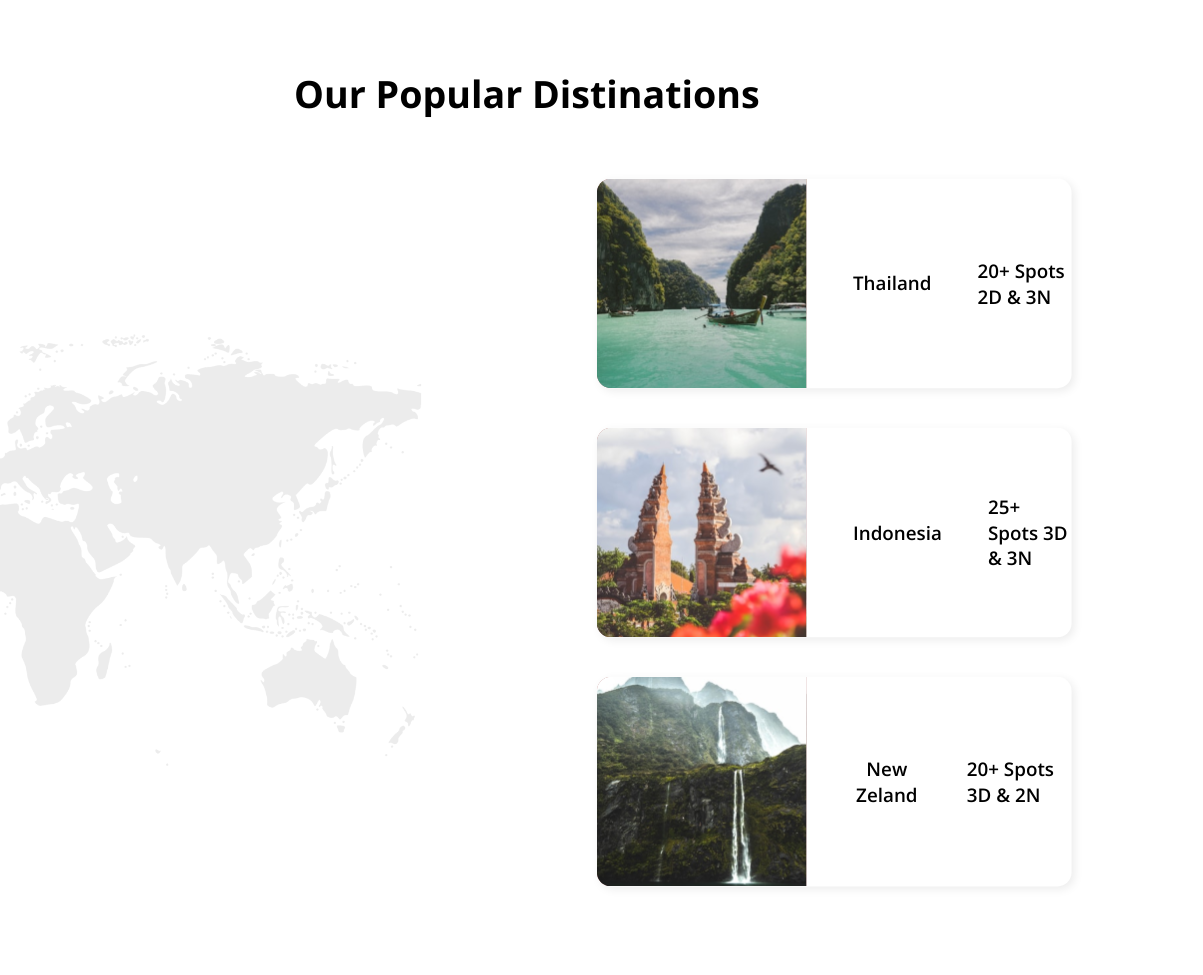
Repository: MehdiKerimov/Figma-Task-16
Page: index.html
An editor plug-in stored every save of this project. The page is shown before and after the next save, followed by the edit.
The browser window is 1280 px wide. The pictures show the whole page, at 94% of full size.

Above is the page before, as saved 2023-10-10 11:10:00.

### index.html
<!DOCTYPE html>
<html lang="en">
  <head>
    <meta charset="UTF-8" />
    <meta name="viewport" content="width=device-width, initial-scale=1.0" />
    <title>Document</title>
    <link rel="stylesheet" href="index.css" />
  </head>
  <body>
    <div class="container">
      <h1>Our Popular Distinations</h1>
      <div class="box">
        <div class="img-box">
          <img src="/image/world_map_PNG28 2.png" alt="" />
        </div>
        <ul>
          <li>
            <div>
              <img src="image/Rectangle 15.svg" alt="" />
              <h2>Thailand</h2>
              <p>20+ Spots <br> 2D & 3N</p>
            </div>
          </li>
          <li>
            <div>
              <img src="/image/Rectangle 16.svg" alt="" />
              <h2>Indonesia</h2>
              <p>25+ Spots 3D & 3N</p>
            </div>
          </li>
          <li>
            <div>
              <img src="image/Rectangle 17.svg" alt="" />
              <h2>New Zeland</h2>
              <p>20+ Spots 3D & 2N</p>
            </div>
          </li>
        </ul>
      </div>
    </div>
  </body>
</html>

### index.css
@import url("https://fonts.googleapis.com/css2?family=Open+Sans:wght@600;700&display=swap");
* {
  padding: 0;
  margin: 0;
  box-sizing: border-box;
}
.container {
  min-height: 100vh;
  padding: 72px 159px 52px 0px;
}
.container h1 {
  margin-bottom: 63px;
  color: #000;
  text-align: center;
  font-family: Open Sans;
  font-size: 40px;
  font-style: normal;
  font-weight: 700;
  line-height: normal;
}
.container .box {
  display: flex;
  align-items: center;

}
.img-box{
    width: 40%;
}
.container .box .img-box img{
width: 100%;
}
ul{
    width: 45%;
}
.container .box ul li {
  margin-bottom: 42px;
  margin-left: 187px;
  width: 100%;
  /* width: 659px; */
  height: 223px;
  list-style-type: none;
  border-radius: 15px;
  background: #fff;
  box-shadow: 3px 3px 10px 0px rgba(0, 0, 0, 0.08);
}
.container .box ul li img {
  width: 223px;
  height: 223px;
}
.container .box ul li div {
  display: flex;

  align-items: center;
}
.container .box ul li div h2 {
  margin-left: 49px;
  margin-right: 49px;
  color: #000;
  text-align: center;
  font-family: Open Sans;
  font-size: 20px;
  font-style: normal;
  font-weight: 600;
  line-height: normal;
}
.container .box ul li div p {
  color: #000;
  font-family: Open Sans;
  font-size: 20px;
  font-style: normal;
  font-weight: 600;
  line-height: normal;
}

After the next save:
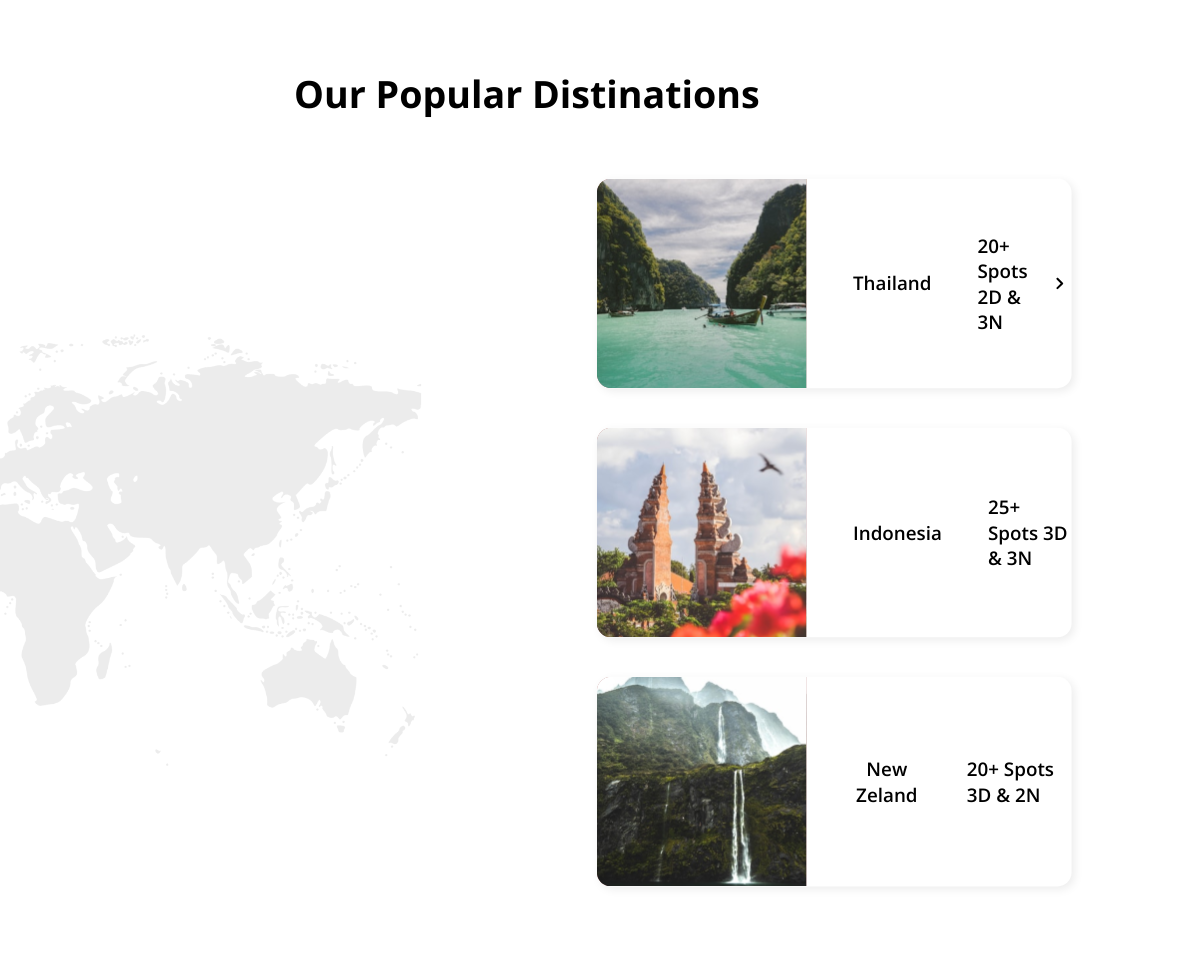
Saved 15 s later.
--- a/index.html
+++ b/index.html
@@ -19,6 +19,9 @@
               <img src="image/Rectangle 15.svg" alt="" />
               <h2>Thailand</h2>
               <p>20+ Spots <br> 2D & 3N</p>
+              <svg xmlns="http://www.w3.org/2000/svg" width="33" height="33" viewBox="0 0 33 33" fill="none">
+                <path d="M12.8013 9.22619C12.6738 9.3534 12.5727 9.50449 12.5037 9.67083C12.4347 9.83717 12.3992 10.0155 12.3992 10.1956C12.3992 10.3756 12.4347 10.554 12.5037 10.7203C12.5727 10.8866 12.6738 11.0377 12.8013 11.1649L18.1363 16.4999L12.8013 21.8349C12.5442 22.092 12.3998 22.4407 12.3998 22.8043C12.3998 23.1679 12.5442 23.5166 12.8013 23.7737C13.0584 24.0308 13.4071 24.1752 13.7707 24.1752C14.1342 24.1752 14.4829 24.0308 14.74 23.7737L21.0513 17.4624C21.1787 17.3352 21.2799 17.1841 21.3489 17.0178C21.4179 16.8515 21.4534 16.6731 21.4534 16.4931C21.4534 16.313 21.4179 16.1347 21.3489 15.9683C21.2799 15.802 21.1787 15.6509 21.0513 15.5237L14.74 9.21244C14.2175 8.68994 13.3375 8.68994 12.8013 9.22619Z" fill="black"/>
+                </svg>
             </div>
           </li>
           <li>
